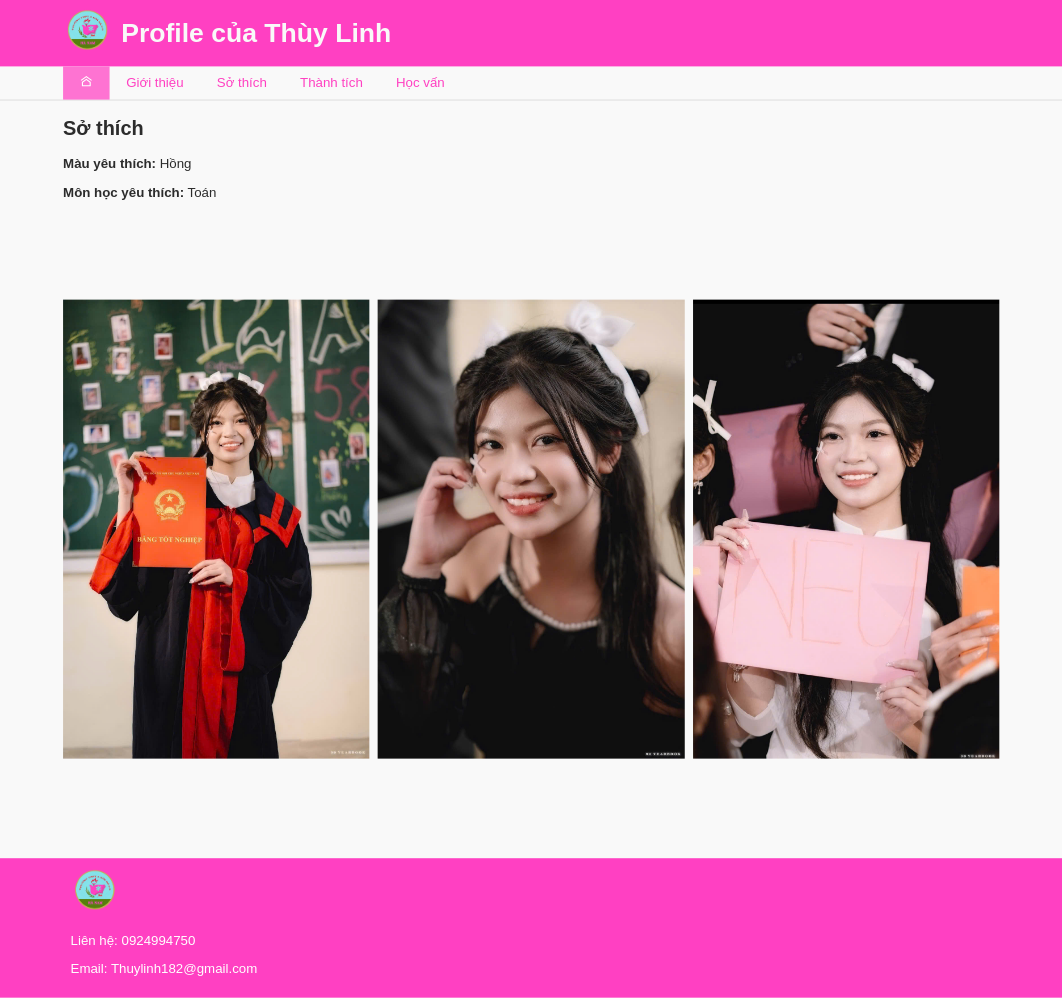
Repository: DucLong-PD07979/profile-vu-thuy-linh
Page: so-thich.html
These files come from the project's save history. The page is drawn as it stood at one moment and after a run of saves; the edit follows.
The browser window is 1280 px wide. The pictures show the whole page, at 83% of full size.

Above is the page before, as saved 2025-03-13 21:53:47.
Not found: script.js

After the next 3 saves:
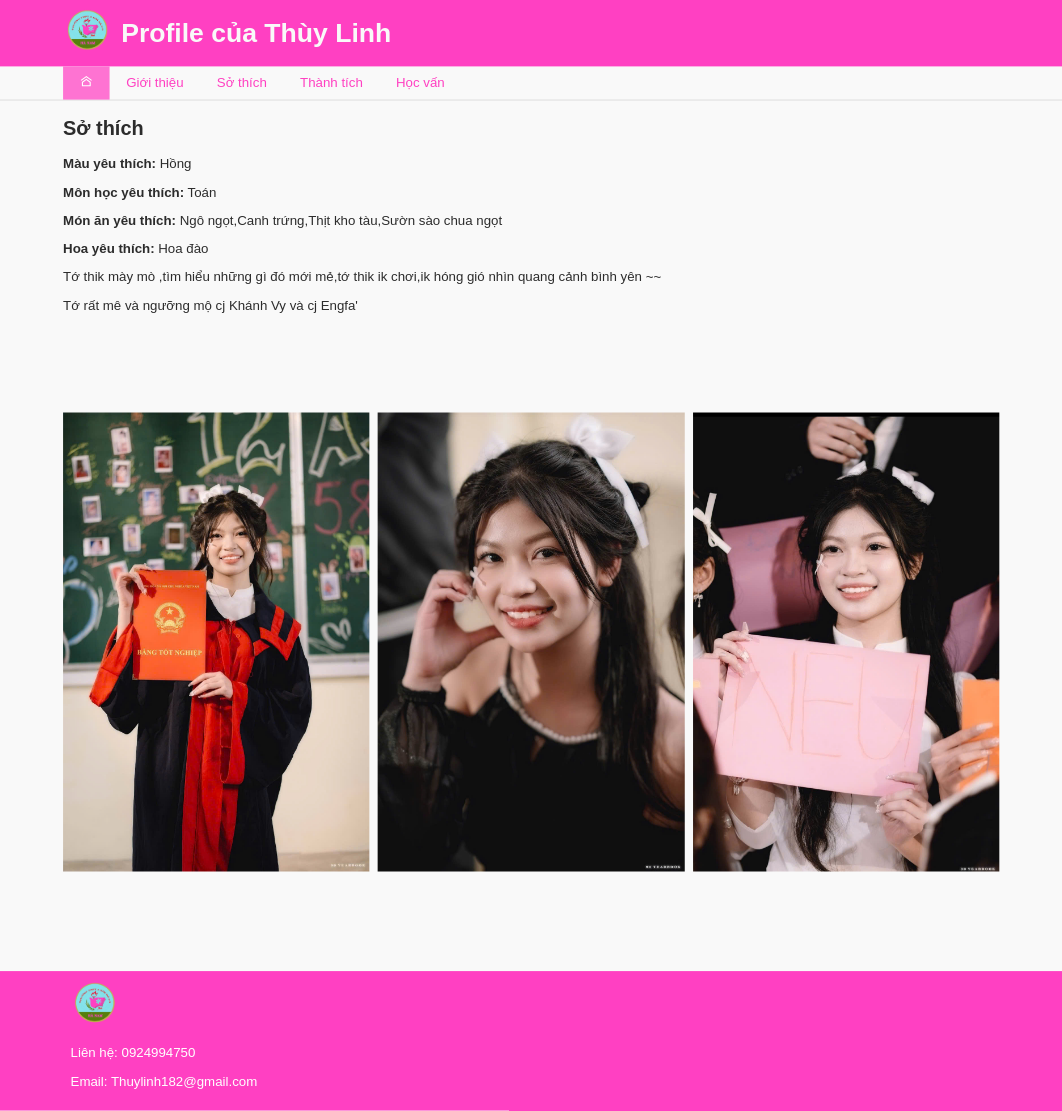
The 3 saves are shown as one change because they came seconds apart.
The last was saved 79 s later.
--- a/so-thich.html
+++ b/so-thich.html
@@ -57,6 +57,11 @@
                     <div class="box">
                         <p><strong>Màu yêu thích:</strong> Hồng</p>
                         <p><strong>Môn học yêu thích:</strong> Toán</p>
+                        <p><strong>Món ăn yêu thích:</strong> Ngô ngọt,Canh trứng,Thịt kho tàu,Sườn sào chua ngọt</p>
+                        <p><strong>Hoa yêu thích:</strong> Hoa đào</p>
+                        <p>Tớ thik mày mò ,tìm hiểu những gì đó mới mẻ,tớ thik ik chơi,ik hóng gió nhìn quang cảnh bình yên ~~</p>
+                        <p>Tớ rất mê và ngưỡng mộ cj Khánh Vy và cj Engfa'</p>
+
                     </div>
                     <div class="images">
                         <img src="./images/anh-ban-than-2.jpg" alt="" />
